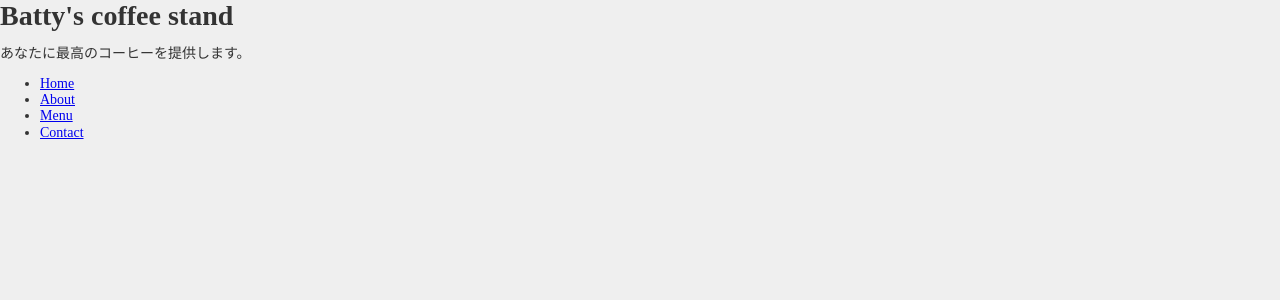
Repository: kai-hosoi/techboost
Page: html/batty_coffee_stand/index.html
The author's editor kept a record of every edit. The page is drawn from the files as they stood at one moment, then again after the next edit.
The browser window is 1280 px wide. The pictures show the whole page.

Above is the page before.

### html/batty_coffee_stand/index.html
<!DOCTYPE HTML>
<html>
  <head>
    <meta charset="UTF-8">
    <title>Batty's Coffee Stand</title>
    <link rel="stylesheet" href="css/normalize.css">
    <link rel="stylesheet" href="css/style.css">
  </head>
  <body>
    <header>
      <div class="container">
        <div class="header-title-area">
          <h1 class="logo">Batty's coffee stand</h1>
          <p class="text-sub">あなたに最高のコーヒーを提供します。</p>
          <ul class="header-navigation">
            <li><a href="#">Home</a></li>
            <li><a href="#">About</a></li>
            <li><a href="#">Menu</a></li>
            <li><a href="#">Contact</a></li>
          </ul>

        </div>
      </div>
    </header>
  </body>
</html>

### html/batty_coffee_stand/css/style.css

body {
  background-color: #efefef;
  font-size: 14px;
  color: #333;
  margin: 0;
}

h1,h2,h3,h4,h5 {
  margin: 0 0 10px 0;
  padding: 0;
}

Loaded but not shown: html/batty_coffee_stand/css/normalize.css (library)

After the next edit:
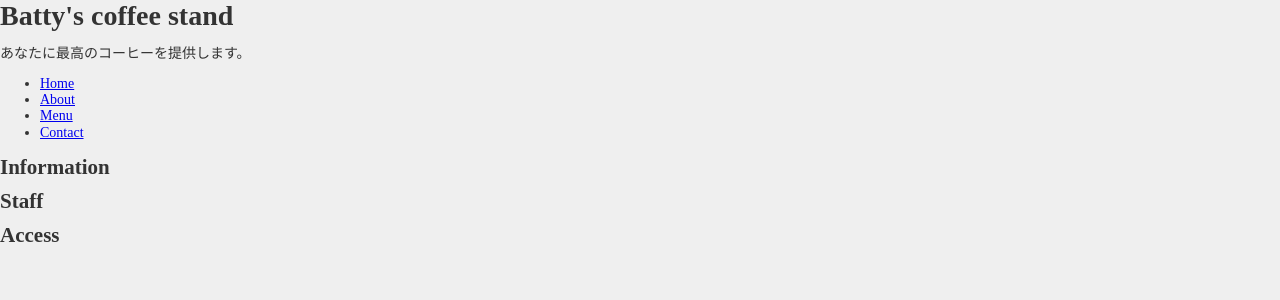
The edit:
--- a/html/batty_coffee_stand/index.html
+++ b/html/batty_coffee_stand/index.html
@@ -22,5 +22,18 @@
         </div>
       </div>
     </header>
+    <div class="main">
+      <div class="container">
+        <div class="card-contents">
+          <h2 class="text-title">Information</h2>
+    </div>
+    <div class="card-contents">
+      <h2 class="text-title">Staff</h2>
+    </div>
+    <div class="card-contents">
+      <h2 class="text-title">Access</h2>
+    </div>
+  </div>
+</div>
   </body>
 </html>
